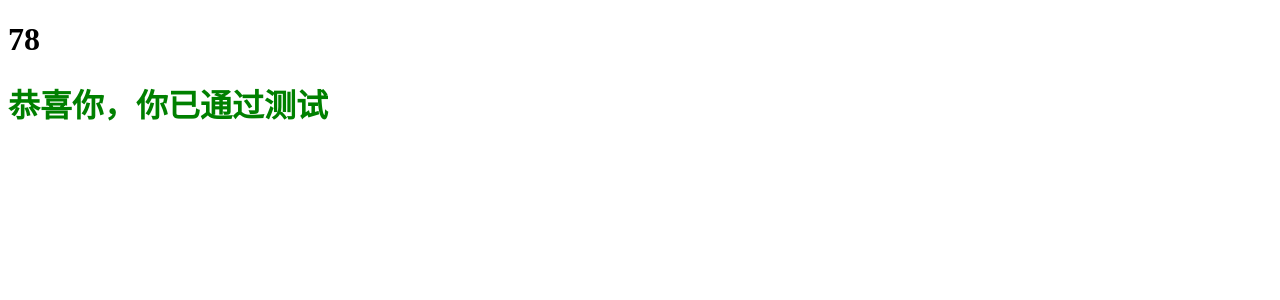
Repository: linqinyun/JavaCode
Page: http://localhost/jstl/jstl
These files come from the project's save history. The page is drawn as it stood at one moment and after the next save; the edit follows.
The browser window is 1280 px wide. The pictures show the whole page.
The page is served by Tomcat 9.

Above is the page before, as saved 2020-11-16 07:06:06.

After the next save:
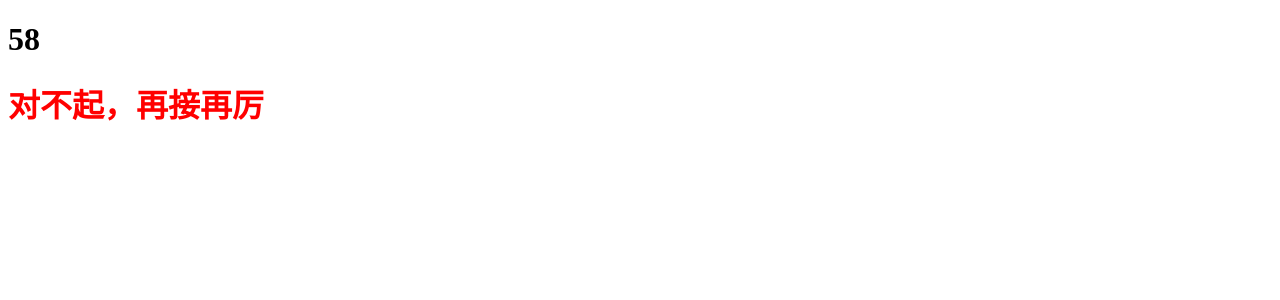
Saved 2 min 7 s later.
--- a/jstl/src/pers/java/jstl/Jstl.java
+++ b/jstl/src/pers/java/jstl/Jstl.java
@@ -26,7 +26,7 @@ public class Jstl extends HttpServlet {
 	 * @see HttpServlet#doGet(HttpServletRequest request, HttpServletResponse response)
 	 */
 	protected void doGet(HttpServletRequest request, HttpServletResponse response) throws ServletException, IOException {
-		request.setAttribute("score", 78);
+		request.setAttribute("score", 58);
 		request.setAttribute("grade", "B");
 		request.getRequestDispatcher("/core.jsp").forward(request, response);
 	}
